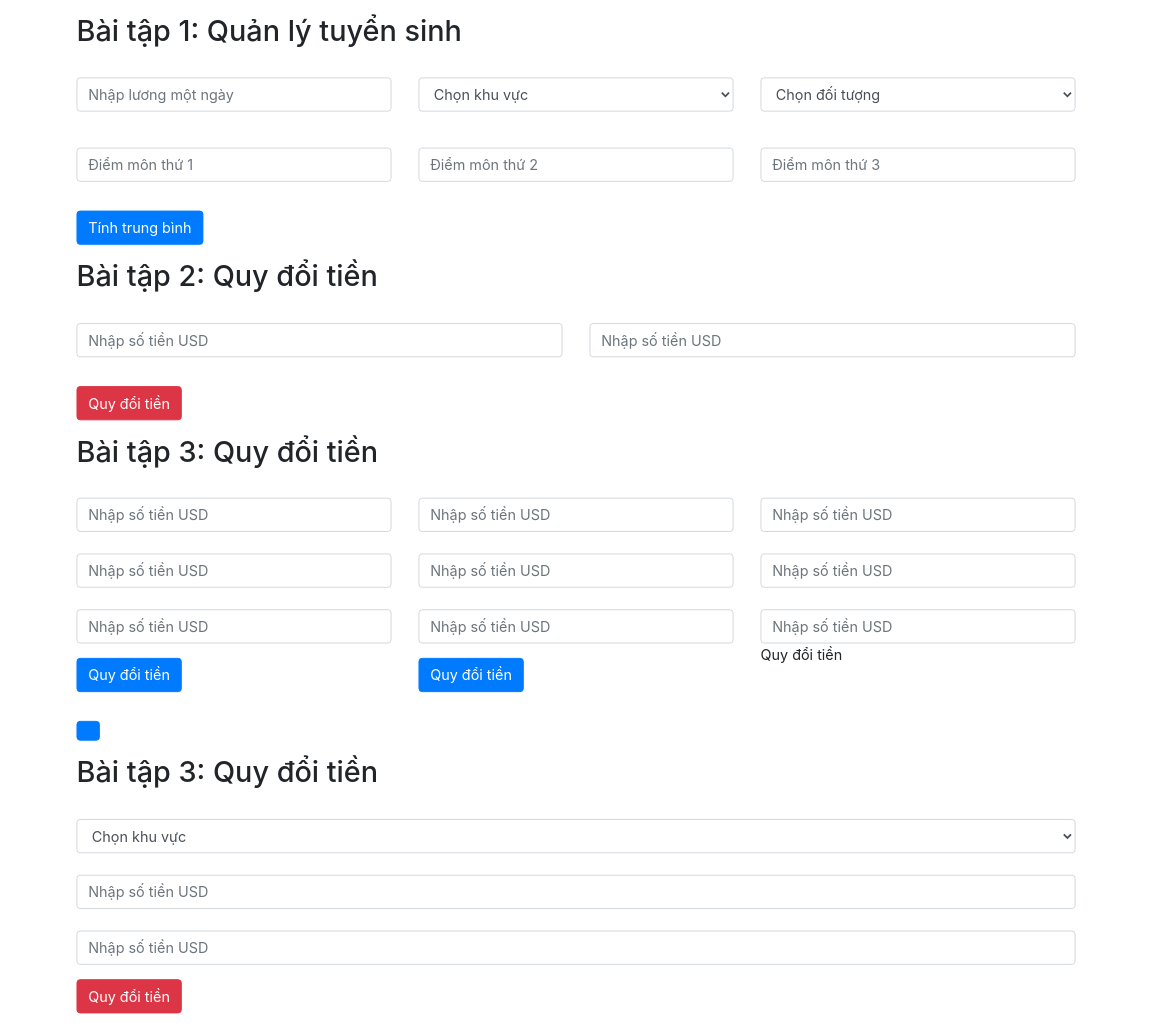
Repository: thanhfrankie/BC10-LeMinhThanh-Js-b5
Page: index.html
An editor plug-in stored every save of this project. The page is shown before and after the next save, followed by the edit.
The browser window is 1280 px wide. The pictures show the whole page, at 90% of full size.

Above is the page before, as saved 2023-12-15 17:36:40.

### index.html
<!doctype html>
<html lang="en">
  <head>
    <title>Title</title>
    <!-- Required meta tags -->
    <meta charset="utf-8">
    <meta name="viewport" content="width=device-width, initial-scale=1, shrink-to-fit=no">

    <!-- Bootstrap CSS -->
    <link rel="stylesheet" href="https://stackpath.bootstrapcdn.com/bootstrap/4.3.1/css/bootstrap.min.css" integrity="sha384-ggOyR0iXCbMQv3Xipma34MD+dH/1fQ784/j6cY/iJTQUOhcWr7x9JvoRxT2MZw1T" crossorigin="anonymous">
  </head>
  <body>
   <!-- Bài tập 1 -->
   <div class="container ">
    <h2 class="mt-3">Bài tập 1: Quản lý tuyển sinh</h2>
    <div class="row">
        <div class="col-sm-4">
            <div class="form-group">
                <label for="luong-mot-ngay"></label>
                <input
                  type="number"
                  class="form-control"
                  name=""
                  id="luong-mot-ngay"
                  aria-describedby="helpId"
                  placeholder="Nhập lương một ngày"
                  required
                />
        </div>
    </div>
        <div class="col-sm-4">
            <div class="form-group">
                <label for=""></label>
                <select class="form-control" id="">
                    <option selected>Chọn khu vực</option>
                    <option>A</option>
                    <option>B</option>
                    <option>C</option>
                </select>
            </div>
        </div>
        <div class="col-sm-4">
            <div class="form-group">
                <label for=""></label>
                <select class="form-control" id="">
                    <option selected>Chọn đối tượng</option>
                    <option>1</option>
                    <option>2</option>
                    <option>3</option>
                </select>
            </div>
        </div>
    </div>
   <div class="row">
        <div class="col-sm-4">
            <div class="form-group">
                <label for="diem-mon-thu-1"></label>
                <input
                  type="number"
                  class="form-control"
                  name=""
                  id="diem-mon-thu-1"
                  aria-describedby="helpId"
                  placeholder="Điểm môn thứ 1"
                  required
                />
        </div>
        </div>
        <div class="col-sm-4">
            <div class="form-group">
                <label for="diem-mon-thu-2"></label>
                <input
                  type="number"
                  class="form-control"
                  name=""
                  id="diem-mon-thu-2"
                  aria-describedby="helpId"
                  placeholder="Điểm môn thứ 2"
                  required
                />
        </div>
        </div>
        <div class="col-sm-4">
            <div class="form-group">
                <label for="diem-mon-thu-3"></label>
                <input
                  type="number"
                  class="form-control"
                  name=""
                  id="diem-mon-thu-3"
                  aria-describedby="helpId"
                  placeholder="Điểm môn thứ 3"
                  required
                />
        </div>
        </div>
    </div>
    <button type="button" onclick="tinhTrungBinh()" class="btn btn-primary mt-3">
        Tính trung bình
      </button>
      <h3 id="ket-qua-trung-binh" class="text-success"></h3>
</div>
       <!-- Bài tập 2 -->
       <div class="container">
        <h2 class="mt-3">Bài tập 2: Quy đổi tiền</h2>
        <div class="row">
            <div class="col-sm-6">
                <div class="form-group">
                    <label for="so-luong-USD"></label>
                    <input
                      type="number"
                      class="form-control"
                      name=""
                      id="so-luong-USD"
                      aria-describedby="helpId"
                      placeholder="Nhập số tiền USD"
                      required
                    />


                  </div>
            </div>
            <div class="col-sm-6">
                <div class="form-group">

                    <label for="so-luong-USD"></label>
                    <input
                      type="number"
                      class="form-control"
                      name=""
                      id="so-luong-USD"
                      aria-describedby="helpId"
                      placeholder="Nhập số tiền USD"
                      required
                    />


            </div>
        </div>
    </div>
    <button type="button" onclick="quyDoiTien()" class="btn btn-danger mt-3">  Quy đổi tiền
    </button>

        <h3 id="so-luong-VND" class="text-success"></h3>
      </div>
        <!-- Bài tập 3-->
        <div class="container">
            <h2 class="mt-3">Bài tập 3: Quy đổi tiền</h2>
            <div class="row">
                <div class="col-sm-4">    <div class="form-group">
                    <label for="so-luong-USD"></label>
                    <input
                      type="text"
                      class="form-control"
                      name=""
                      id="so-luong-USD"
                      aria-describedby="helpId"
                      placeholder="Nhập số tiền USD"
                      required
                    />
                  <label for="so-luong-USD"></label>
                  <input
                    type="number"
                    class="form-control"
                    name=""
                    id="so-luong-USD"
                    aria-describedby="helpId"
                    placeholder="Nhập số tiền USD"
                    required
                  />
                  <label for="so-luong-USD"></label>
                  <input
                    type="number"
                    class="form-control"
                    name=""
                    id="so-luong-USD"
                    aria-describedby="helpId"
                    placeholder="Nhập số tiền USD"
                    required
                  />

                  <button type="button" onclick="quyDoiTien()" class="btn btn-primary mt-3">
                   Quy đổi tiền
                  </button>
                </div></div>
                <div class="col-sm-4">    <div class="form-group">
                    <label for="so-luong-USD"></label>
                    <input
                      type="text"
                      class="form-control"
                      name=""
                      id="so-luong-USD"
                      aria-describedby="helpId"
                      placeholder="Nhập số tiền USD"
                      required
                    />
                  <label for="so-luong-USD"></label>
                  <input
                    type="number"
                    class="form-control"
                    name=""
                    id="so-luong-USD"
                    aria-describedby="helpId"
                    placeholder="Nhập số tiền USD"
                    required
                  />
                  <label for="so-luong-USD"></label>
                  <input
                    type="number"
                    class="form-control"
                    name=""
                    id="so-luong-USD"
                    aria-describedby="helpId"
                    placeholder="Nhập số tiền USD"
                    required
                  />

                  <button type="button" onclick="quyDoiTien()" class="btn btn-primary mt-3">
                   Quy đổi tiền
                  </button>
                </div></div>
                <div class="col-sm-4">    <div class="form-group">
                    <label for="so-luong-USD"></label>
                    <input
                      type="text"
                      class="form-control"
                      name=""
                      id="so-luong-USD"
                      aria-describedby="helpId"
                      placeholder="Nhập số tiền USD"
                      required
                    />
                  <label for="so-luong-USD"></label>
                  <input
                    type="number"
                    class="form-control"
                    name=""
                    id="so-luong-USD"
                    aria-describedby="helpId"
                    placeholder="Nhập số tiền USD"
                    required
                  />
                  <label for="so-luong-USD"></label>
                  <input
                    type="number"
                    class="form-control"
                    name=""
                    id="so-luong-USD"
                    aria-describedby="helpId"
                    placeholder="Nhập số tiền USD"
                    required
                  />

                  Quy đổi tiền
                </button>
            </div></div>
        </div>
        <button type="button" onclick="quyDoiTien()" class="btn btn-primary mt-3">

            <h3 id="so-luong-VND" class="text-success"></h3>
          </div>
        <!-- Bài tập 4-->
        <div class="container">
            <h2 class="mt-3">Bài tập 3: Quy đổi tiền</h2>
            <div class="form-group">
                <label for=""></label>
                <select class="form-control" id="">
                    <option selected>Chọn khu vực</option>
                    <option>A</option>
                    <option>B</option>
                    <option>C</option>
                </select>
                <label for="so-luong-USD"></label>
                <input
                  type="text"
                  class="form-control"
                  name=""
                  id="so-luong-USD"
                  aria-describedby="helpId"
                  placeholder="Nhập số tiền USD"
                  required
                />

              <label for="so-luong-USD"></label>
              <input
                type="number"
                class="form-control"
                name=""
                id="so-luong-USD"
                aria-describedby="helpId"
                placeholder="Nhập số tiền USD"
                required
              />

              <button type="button" onclick="quyDoiTien()" class="btn btn-danger mt-3">
               Quy đổi tiền
              </button>
            </div>
            <h3 id="so-luong-VND" class="text-success"></h3>
          </div>


    <!-- Optional JavaScript -->
    <!-- jQuery first, then Popper.js, then Bootstrap JS -->
    <script src="https://code.jquery.com/jquery-3.3.1.slim.min.js" integrity="sha384-q8i/X+965DzO0rT7abK41JStQIAqVgRVzpbzo5smXKp4YfRvH+8abtTE1Pi6jizo" crossorigin="anonymous"></script>
    <script src="https://cdnjs.cloudflare.com/ajax/libs/popper.js/1.14.7/umd/popper.min.js" integrity="sha384-UO2eT0CpHqdSJQ6hJty5KVphtPhzWj9WO1clHTMGa3JDZwrnQq4sF86dIHNDz0W1" crossorigin="anonymous"></script>
    <script src="https://stackpath.bootstrapcdn.com/bootstrap/4.3.1/js/bootstrap.min.js" integrity="sha384-JjSmVgyd0p3pXB1rRibZUAYoIIy6OrQ6VrjIEaFf/nJGzIxFDsf4x0xIM+B07jRM" crossorigin="anonymous"></script>
    <script src="./index.js"></script>
  </body>
</html>

### index.js
// Bài tập 1
/**
 * B1: tạo biến, lấy giá trị từ input
 * B2: Tính lương
 * + tạo biến để tính lương: lương 1 ngày * số ngày làm
 * + gán sự kiện click cho button
 * B3: hiển thị kết quả
 */





// Bài tập 2
/**
 * B1: tạo biến, lấy giá trị từ input
 * B2: Tính lương
 * + tạo biến để tính lương: lương 1 ngày * số ngày làm
 * + gán sự kiện click cho button
 * B3: hiển thị kết quả
 */




// Bài tập 3
/**
 * B1: tạo biến, lấy giá trị từ input
 * B2: Tính lương
 * + tạo biến để tính lương: lương 1 ngày * số ngày làm
 * + gán sự kiện click cho button
 * B3: hiển thị kết quả
 */

After the next save:
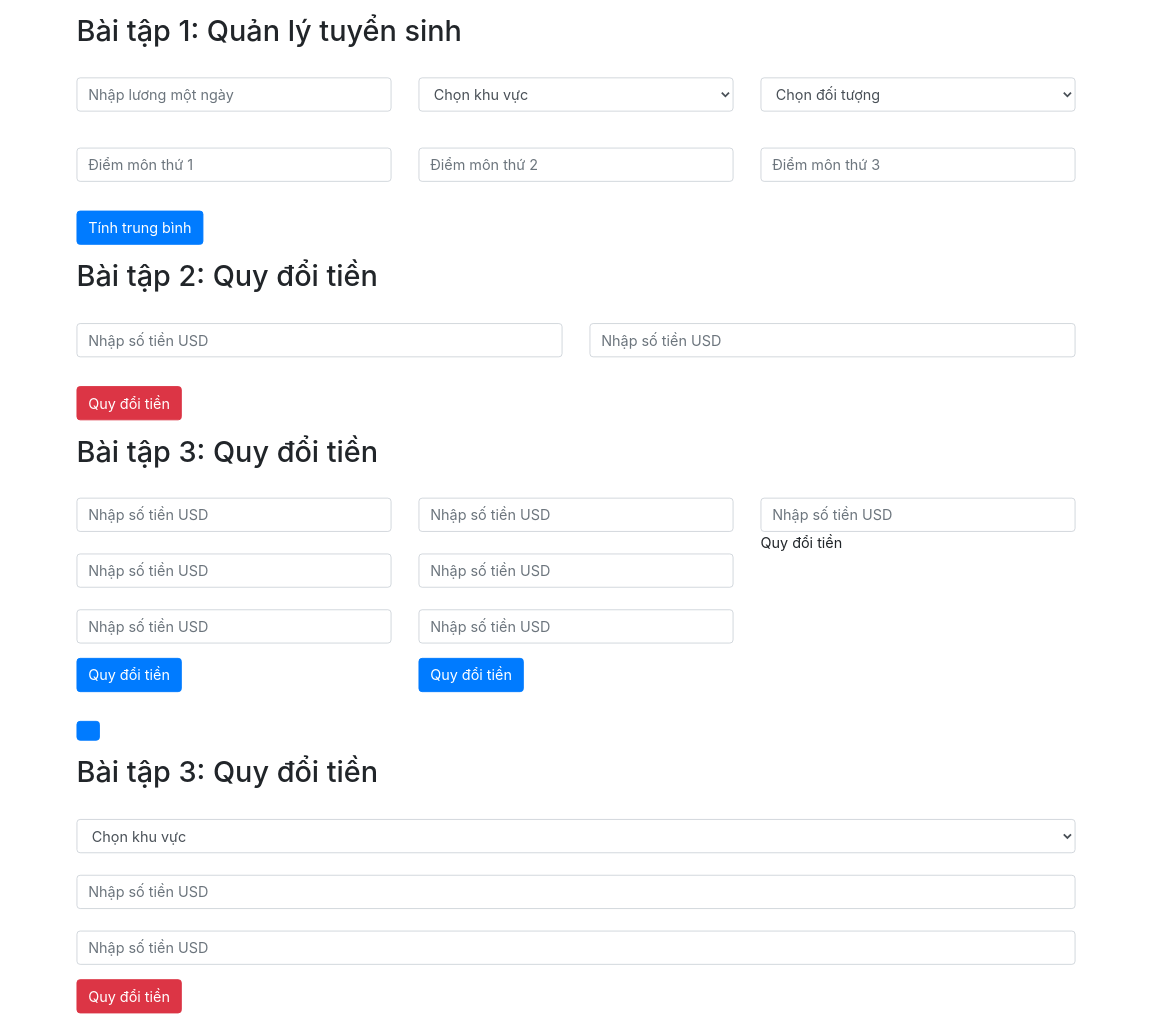
Saved 10 s later.
--- a/index.html
+++ b/index.html
@@ -220,26 +220,7 @@
                   </button>
                 </div></div>
                 <div class="col-sm-4">    <div class="form-group">
-                    <label for="so-luong-USD"></label>
-                    <input
-                      type="text"
-                      class="form-control"
-                      name=""
-                      id="so-luong-USD"
-                      aria-describedby="helpId"
-                      placeholder="Nhập số tiền USD"
-                      required
-                    />
-                  <label for="so-luong-USD"></label>
-                  <input
-                    type="number"
-                    class="form-control"
-                    name=""
-                    id="so-luong-USD"
-                    aria-describedby="helpId"
-                    placeholder="Nhập số tiền USD"
-                    required
-                  />
+
                   <label for="so-luong-USD"></label>
                   <input
                     type="number"
